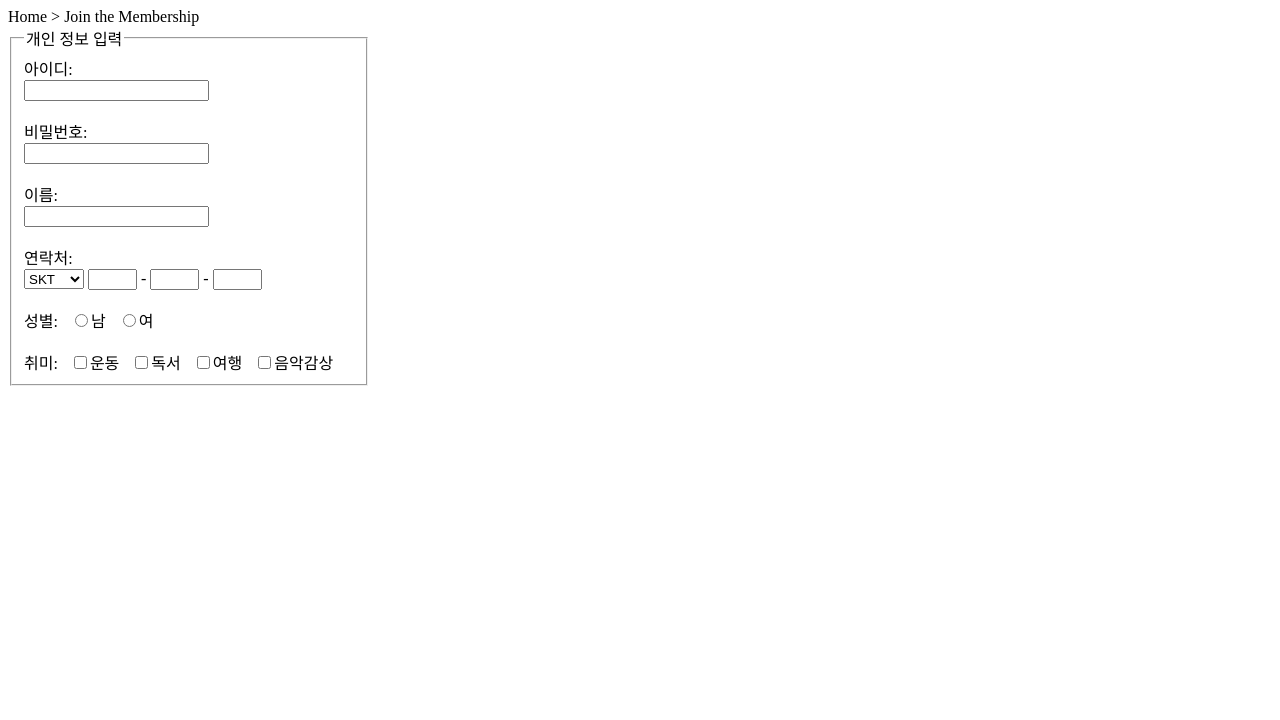
Repository: parkgyutaee/My_JAVA_Project
Page: http://localhost/JSPStudy/form_membership01.jsp
These files come from the project's save history. The page is drawn as it stood at one moment and after the next save; the edit follows.
The browser window is 1280 px wide. The pictures show the whole page.
The page is served by Tomcat 10. Other server files are loaded and not shown.

Above is the page before, as saved 2025-07-10 03:58:24.

### Workspace/JSPStudy/src/main/webapp/form_membership01.jsp
<%@ page language="java" contentType="text/html; charset=UTF-8"
    pageEncoding="UTF-8"%>
<!DOCTYPE html>
<html>
<head>
<meta charset="UTF-8">
<title>개인정보입력입니다!</title>
</head>
<body>
	Home > Join the Membership
	<fieldset style = "width:330px">
		<legend>개인 정보 입력</legend>
		아이디: <br>
		<input type = "text" name = "id"> <br><br>
		비밀번호: <br>
		<input type = "text" name = "password"> <br><br>
		이름: <br>
		<input type = "text" name = "name"> <br><br>

		연락처: <br>
		<select name = "choise" style = "width:60px;height:20.5px">
			<option value = "skt">SKT</option>
			<option value = "kt">KT</option>
			<option value = "lg">LG</option>
		</select>
		<input type="text" name="p1" maxlength="3" size = "3"> - <input type="text" name="p2" maxlength="3" size = "3"> - <input type="text" name="p3" maxlength="3" size = "3">
		<br><br>
		성별: &nbsp; <input type = "radio" name = "gender">남 &nbsp; <input type = "radio" name = "gender">여 <br><br>
		취미: &nbsp; <input type = "checkbox" name = "hobby1">운동
				&nbsp; <input type = "checkbox" name = "hobby2">독서
				&nbsp; <input type = "checkbox" name = "hobby3">여행
				&nbsp; <input type = "checkbox" name = "hobby3">음악감상

	</fieldset>
</body>
</html>

After the next save:
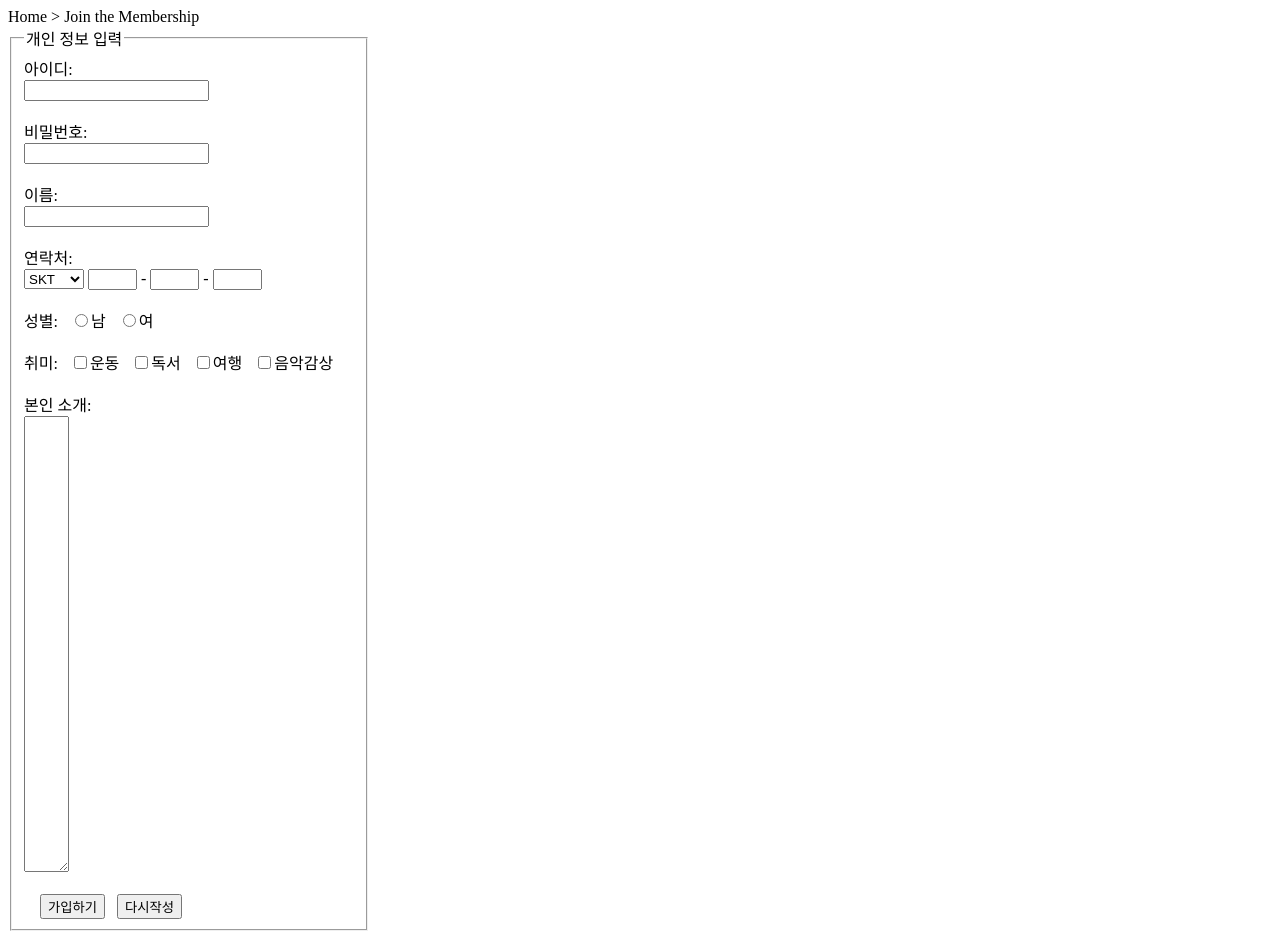
Saved 3 min 29 s later.
--- a/Workspace/JSPStudy/src/main/webapp/form_membership01.jsp
+++ b/Workspace/JSPStudy/src/main/webapp/form_membership01.jsp
@@ -29,7 +29,14 @@
 		취미: &nbsp; <input type = "checkbox" name = "hobby1">운동
 				&nbsp; <input type = "checkbox" name = "hobby2">독서
 				&nbsp; <input type = "checkbox" name = "hobby3">여행
-				&nbsp; <input type = "checkbox" name = "hobby3">음악감상
+				&nbsp; <input type = "checkbox" name = "hobby3">음악감상 <br><br>
+		본인 소개: <br>
+		<textarea type="introduce_area" rows="30" cols="3" >
+		</textarea> <br><br>
+		&nbsp;&nbsp;&nbsp;
+		<input type="submit" value="가입하기">
+		&nbsp;
+		<input type="reset" value="다시작성">
 
 	</fieldset>
 </body>
